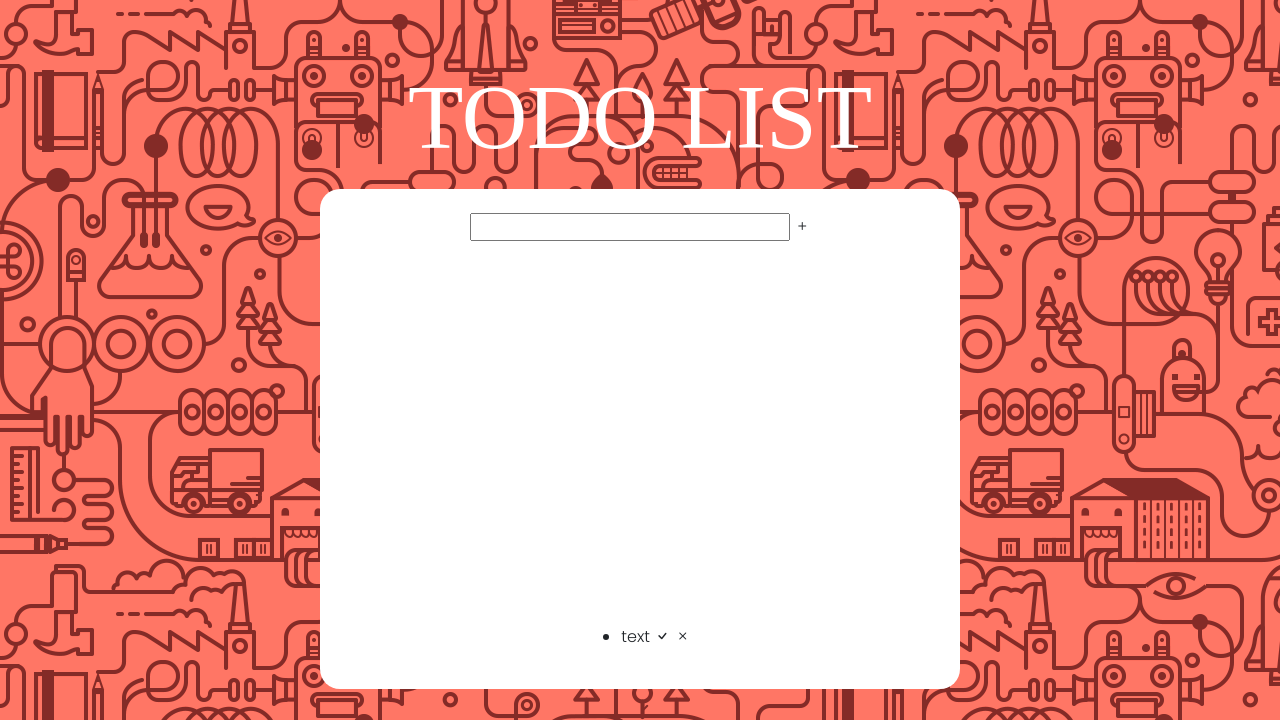
Repository: zum281/todo-list
Page: index.html
These files come from the project's save history. The page is drawn as it stood at one moment and after the next save; the edit follows.
The browser window is 1280 px wide. The pictures show the whole page.
Some web fonts or font styles are not loaded; a fallback is used. Some web libraries are served in a nearby version. The style sheet was rebuilt from its Sass, Less or Tailwind sources for each picture, by a compiler version that may differ from the author's.

Above is the page before, as saved 2021-03-05 16:17:01.

### index.html
<!DOCTYPE html>
<html lang="en">

    <head>
        <meta charset="UTF-8">
        <meta http-equiv="X-UA-Compatible" content="IE=edge">
        <meta name="viewport" content="width=device-width, initial-scale=1.0">

        <!-- Bootstrap CSS -->
        <link href="https://cdn.jsdelivr.net/npm/bootstrap@5.0.0-beta2/dist/css/bootstrap.min.css" rel="stylesheet"
            integrity="sha384-BmbxuPwQa2lc/FVzBcNJ7UAyJxM6wuqIj61tLrc4wSX0szH/Ev+nYRRuWlolflfl" crossorigin="anonymous">
        <!-- Option 1: Bootstrap Bundle with Popper -->
        <script src="https://cdn.jsdelivr.net/npm/bootstrap@5.0.0-beta2/dist/js/bootstrap.bundle.min.js"
            integrity="sha384-b5kHyXgcpbZJO/tY9Ul7kGkf1S0CWuKcCD38l8YkeH8z8QjE0GmW1gYU5S9FOnJ0" crossorigin="anonymous">
        </script>
        <link rel="stylesheet" href="https://cdn.jsdelivr.net/npm/bootstrap-icons@1.4.0/font/bootstrap-icons.css">
        <!--Jquery-->
        <script src="https://code.jquery.com/jquery-3.6.0.min.js"
            integrity="sha256-/xUj+3OJU5yExlq6GSYGSHk7tPXikynS7ogEvDej/m4=" crossorigin="anonymous"></script>

        <link rel="stylesheet" href="css/main.css">
        <title>Todo List</title>
    </head>

    <body>
        <div class="container-fluid head">

            <h1 class="title">TODO LIST</h1>
        </div>
        <div class="container main">
            <div class="add-todo-box">
                <input type="text" name="add-todo" id="add-todo">
                <span><i class="bi bi-plus"></i></span>
            </div>
            <div class="todo-list-container">
                <ul class="todo-list">
                    <li class="todo-item"><span>text</span> <span><i class="bi bi-check"></i></span> <span><i
                                class="bi bi-x"></i></span></li>
                </ul>
            </div>
        </div>
        <script src="js/main.js"></script>
    </body>

</html>

### sass/main.scss
@import url("https://fonts.googleapis.com/css2?family=Poppins:wght@300;400;500;600;700&display=swap");
@import url("https://fonts.googleapis.com/css2?family=Chelsea+Market&display=swap");

* {
    margin: 0;
    padding: 0;
    box-sizing: border-box;
}

body {
    font-weight: 300;
    font-family: "Poppins";
    background: url("/assets/science.png");
    background-repeat: repeat;
}

.title {
    font-family: "Chelsea Market";
    text-align: center;
    font-size: 68pt;
    color: #fff;
    margin-top: 4rem;
}

.main {
    display: flex;
    flex-direction: column;
    align-items: center;
    justify-content: space-between;
    margin-top: 1rem;
    padding: 1.5rem;
    max-width: 50%;
    min-height: 500px;
    border-radius: 20px;
    background-color: #fff;
}

Loaded but not shown: js/main.js (common file)

After the next save:
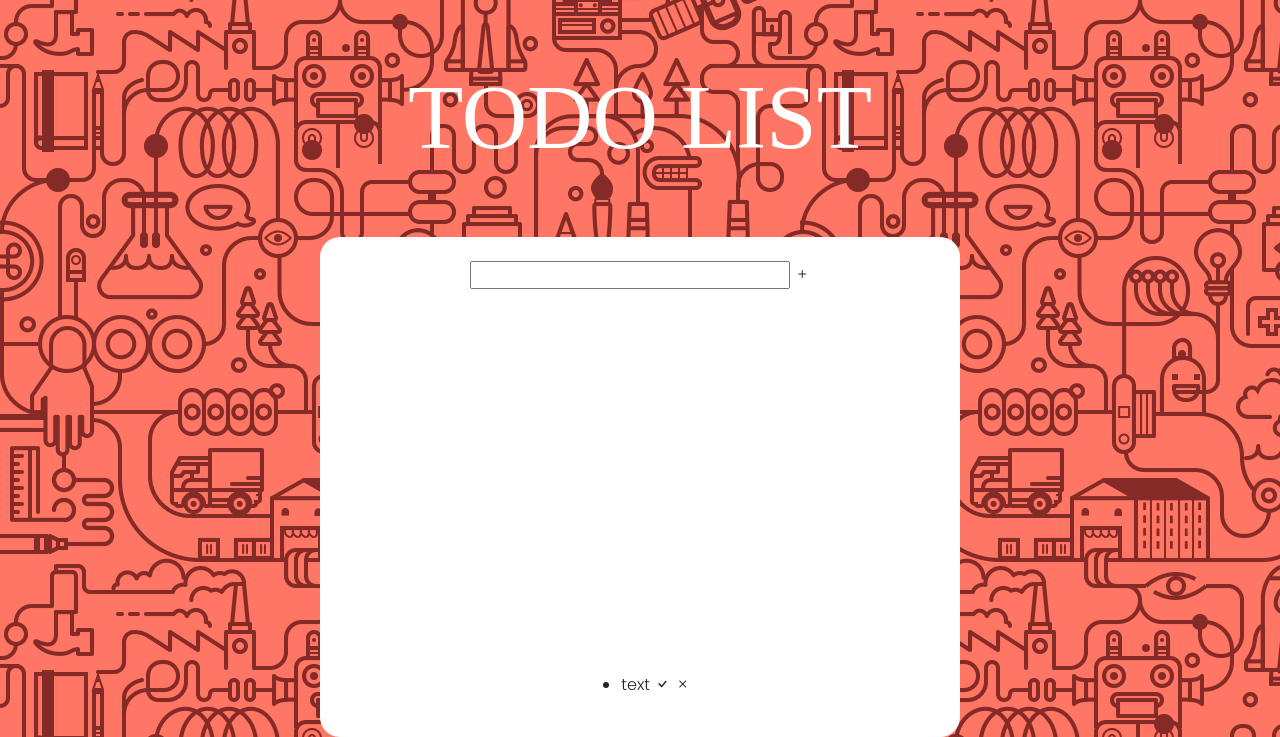
Saved 8 s later.
--- a/sass/main.scss
+++ b/sass/main.scss
@@ -19,7 +19,7 @@ body {
     text-align: center;
     font-size: 68pt;
     color: #fff;
-    margin-top: 4rem;
+    margin: 4rem auto;
 }
 
 .main {
